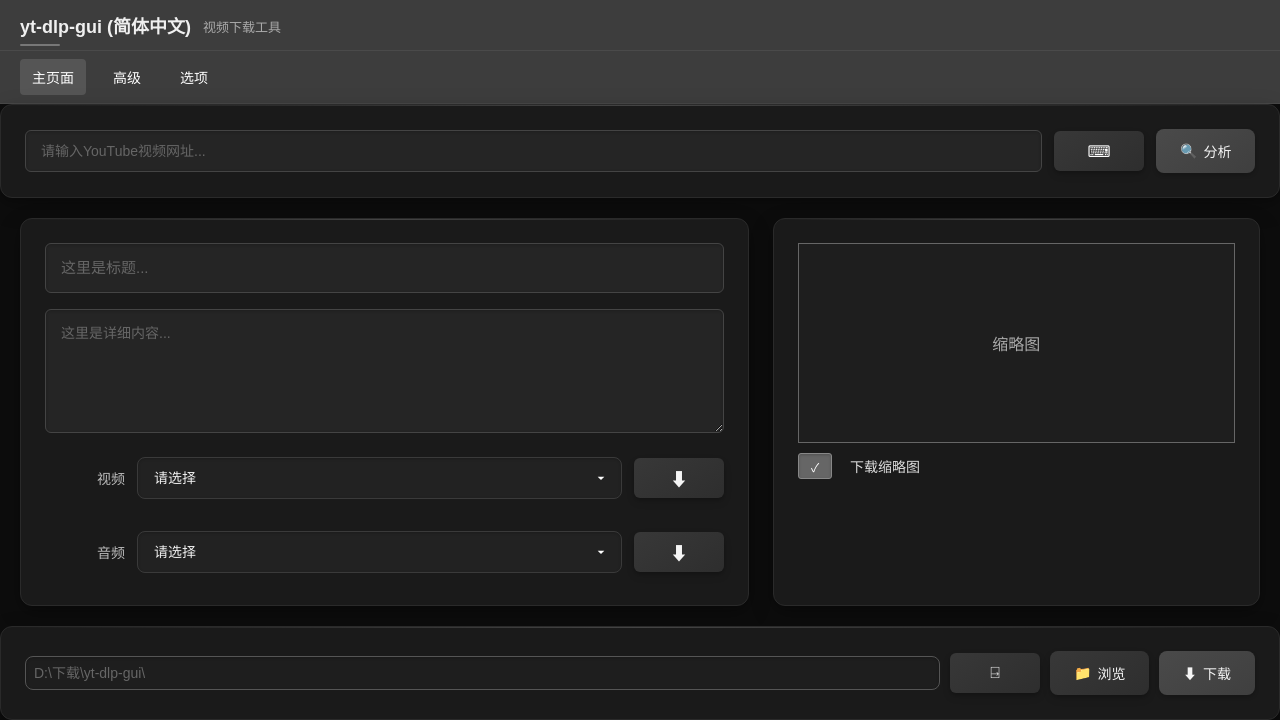
Repository: zArvin6808/yt-TubeSaver
Page: index.html
An editor plug-in stored every save of this project. The page is shown before and after the next save, followed by the edit.
The browser window is 1280 px wide. The pictures show the whole page.

Above is the page before, as saved 2025-06-07 18:33:20.

After the next save:
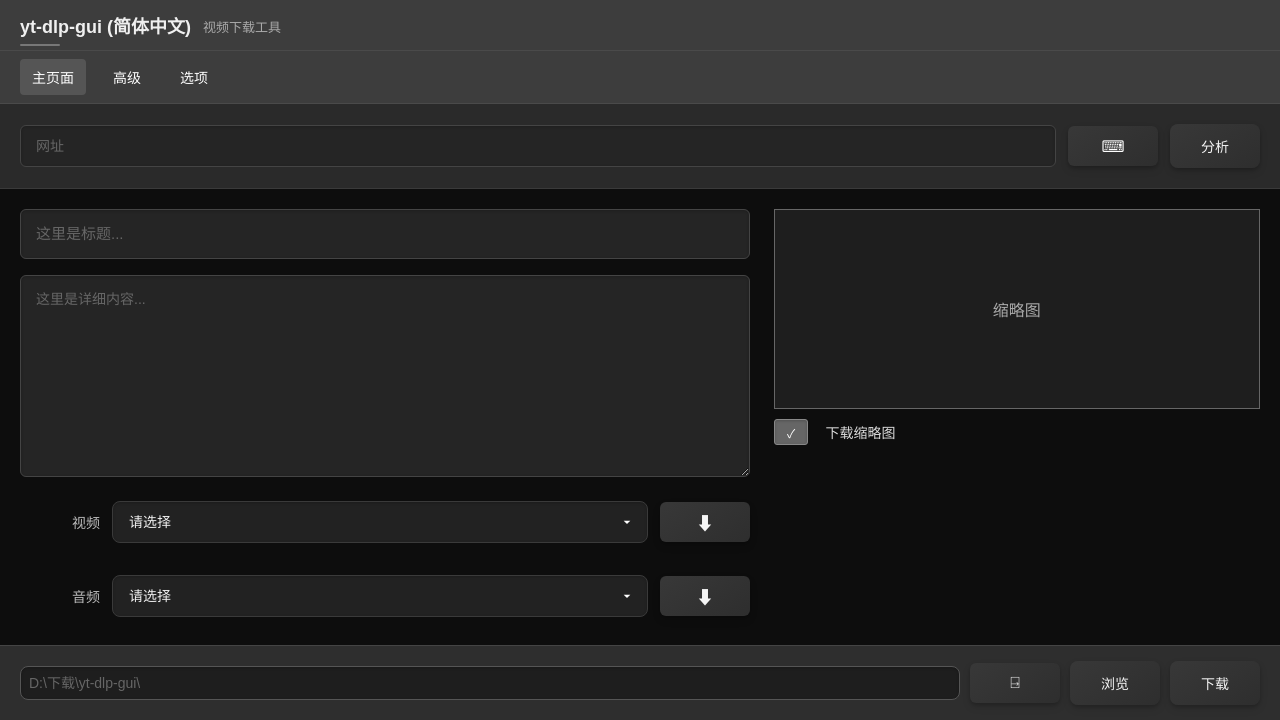
Saved 14 s later.
--- a/index.html
+++ b/index.html
@@ -24,16 +24,16 @@
   <!-- 主页面内容 -->
   <div id="main" class="page active">
     <!-- 网址与按钮 占据整行 -->
-    <div class="url-analysis-row card">
-      <input type="text" id="urlInput" placeholder="请输入YouTube视频网址..." />
-      <button class="icon-button" id="pasteButton" title="粘贴"><span>⌨</span></button>
-      <button id="analyzeButton" class="primary"><span>🔍</span>分析</button>
+    <div class="url-analysis-row">
+      <input type="text" id="urlInput" placeholder="网址" />
+      <button class="icon-button" id="pasteButton">⌨</button>
+      <button id="analyzeButton">分析</button>
     </div>
 
     <!-- 主内容 -->
     <div class="main">
       <!-- 左侧面板 -->
-      <div class="left-panel card">
+      <div class="left-panel">
         <textarea class="title-input" id="titleInput" placeholder="这里是标题..." readonly></textarea>
         <textarea class="content-textarea" id="contentTextarea" placeholder="这里是详细内容..."></textarea>
 
@@ -42,8 +42,10 @@
           <label for="video-select">视频</label>
           <select id="video-select">
             <option>请选择</option>
+            <option value="video1">视频格式1</option>
+            <option value="video2">视频格式2</option>
           </select>
-          <button class="download-button" id="downloadVideoButton" title="下载视频"><span>⬇</span></button>
+          <button class="download-button" id="downloadVideoButton">⬇</button>
         </div>
 
         <!-- 音频行 -->
@@ -51,16 +53,16 @@
           <label for="audio-select">音频</label>
           <select id="audio-select">
             <option>请选择</option>
+            <option value="audio1">音频格式1</option>
+            <option value="audio2">音频格式2</option>
           </select>
-          <button class="download-button" id="downloadAudioButton" title="下载音频"><span>⬇</span></button>
+          <button class="download-button" id="downloadAudioButton">⬇</button>
         </div>
       </div>
 
       <!-- 右侧面板 -->
-      <div class="right-panel card">
-        <div class="thumbnail" id="thumbnailPreview">
-          <span class="thumbnail-placeholder">缩略图</span>
-        </div>
+      <div class="right-panel">
+        <div class="thumbnail" id="thumbnailPreview">缩略图</div>
         <div class="checkbox-group">
           <input type="checkbox" id="download-thumb" checked />
           <label for="download-thumb">下载缩略图</label>
@@ -69,11 +71,11 @@
     </div>
 
     <!-- 路径栏 -->
-    <div class="path-bar card">
+    <div class="path-bar">
       <input type="text" id="pathInput" placeholder="D:\下载\yt-dlp-gui\" />
-      <button class="icon-button" id="refreshPathButton" title="重置路径"><span>⍈</span></button>
-      <button id="selectPathButton"><span>📁</span>浏览</button>
-      <button id="downloadButton" class="primary"><span>⬇</span>下载</button>
+      <button class="icon-button" id="refreshPathButton">⍈</button>
+      <button id="selectPathButton">浏览</button>
+      <button id="downloadButton">下载</button>
     </div>
   </div>
 

After the save that followed:
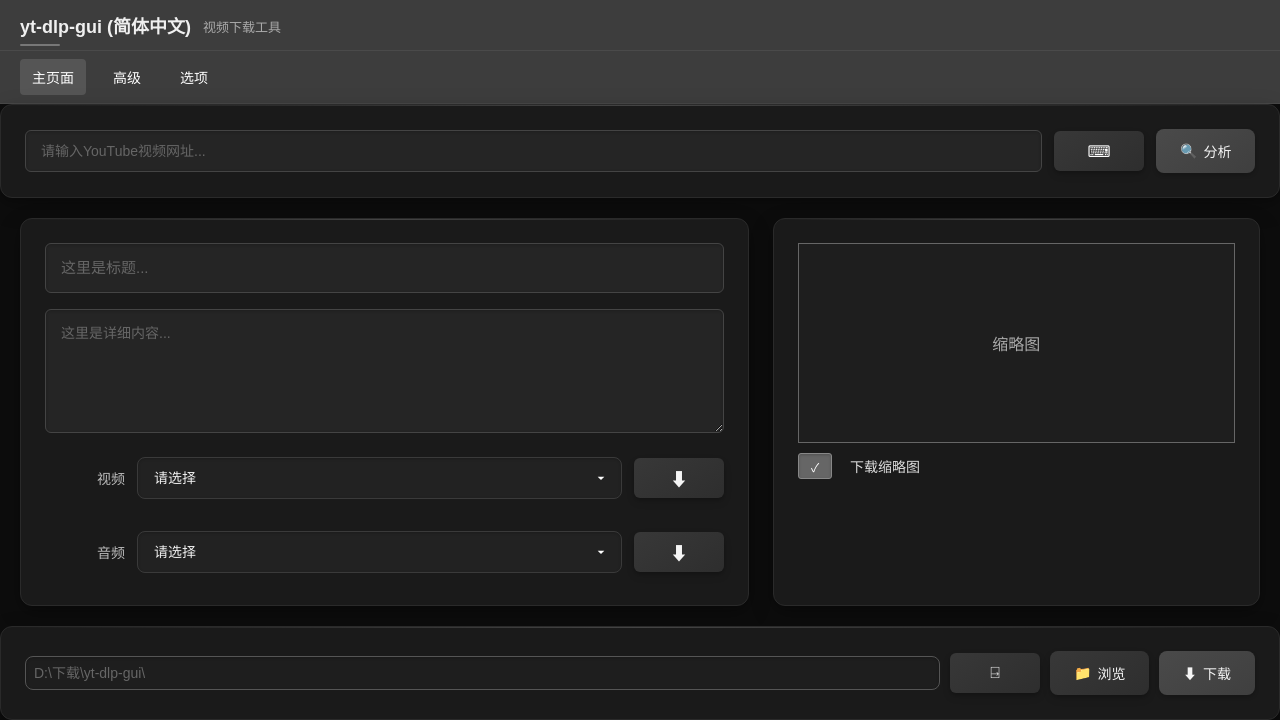
Saved 38 s later.
--- a/index.html
+++ b/index.html
@@ -24,16 +24,16 @@
   <!-- 主页面内容 -->
   <div id="main" class="page active">
     <!-- 网址与按钮 占据整行 -->
-    <div class="url-analysis-row">
-      <input type="text" id="urlInput" placeholder="网址" />
-      <button class="icon-button" id="pasteButton">⌨</button>
-      <button id="analyzeButton">分析</button>
+    <div class="url-analysis-row card">
+      <input type="text" id="urlInput" placeholder="请输入YouTube视频网址..." />
+      <button class="icon-button" id="pasteButton" title="粘贴"><span>⌨</span></button>
+      <button id="analyzeButton" class="primary"><span>🔍</span>分析</button>
     </div>
 
     <!-- 主内容 -->
     <div class="main">
       <!-- 左侧面板 -->
-      <div class="left-panel">
+      <div class="left-panel card">
         <textarea class="title-input" id="titleInput" placeholder="这里是标题..." readonly></textarea>
         <textarea class="content-textarea" id="contentTextarea" placeholder="这里是详细内容..."></textarea>
 
@@ -42,10 +42,8 @@
           <label for="video-select">视频</label>
           <select id="video-select">
             <option>请选择</option>
-            <option value="video1">视频格式1</option>
-            <option value="video2">视频格式2</option>
           </select>
-          <button class="download-button" id="downloadVideoButton">⬇</button>
+          <button class="download-button" id="downloadVideoButton" title="下载视频"><span>⬇</span></button>
         </div>
 
         <!-- 音频行 -->
@@ -53,16 +51,16 @@
           <label for="audio-select">音频</label>
           <select id="audio-select">
             <option>请选择</option>
-            <option value="audio1">音频格式1</option>
-            <option value="audio2">音频格式2</option>
           </select>
-          <button class="download-button" id="downloadAudioButton">⬇</button>
+          <button class="download-button" id="downloadAudioButton" title="下载音频"><span>⬇</span></button>
         </div>
       </div>
 
       <!-- 右侧面板 -->
-      <div class="right-panel">
-        <div class="thumbnail" id="thumbnailPreview">缩略图</div>
+      <div class="right-panel card">
+        <div class="thumbnail" id="thumbnailPreview">
+          <span class="thumbnail-placeholder">缩略图</span>
+        </div>
         <div class="checkbox-group">
           <input type="checkbox" id="download-thumb" checked />
           <label for="download-thumb">下载缩略图</label>
@@ -71,11 +69,11 @@
     </div>
 
     <!-- 路径栏 -->
-    <div class="path-bar">
+    <div class="path-bar card">
       <input type="text" id="pathInput" placeholder="D:\下载\yt-dlp-gui\" />
-      <button class="icon-button" id="refreshPathButton">⍈</button>
-      <button id="selectPathButton">浏览</button>
-      <button id="downloadButton">下载</button>
+      <button class="icon-button" id="refreshPathButton" title="重置路径"><span>⍈</span></button>
+      <button id="selectPathButton"><span>📁</span>浏览</button>
+      <button id="downloadButton" class="primary"><span>⬇</span>下载</button>
     </div>
   </div>
 
